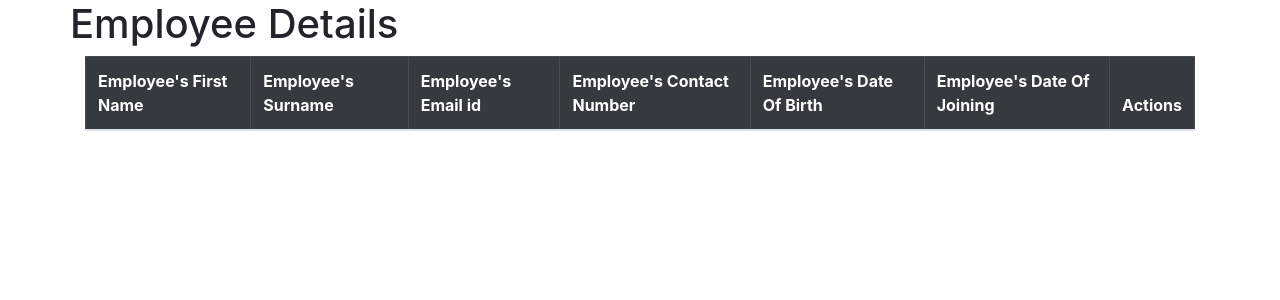
Repository: smrutiranjan-84/Assignment
Page: http://localhost/employees
These files come from the project's save history. The page is drawn as it stood at one moment and after the next save; the edit follows.
The browser window is 1280 px wide. The pictures show the whole page.
The page is this project's Thymeleaf template; nobody is signed in. The template is opened directly, without the code that normally fills it, so the values that code supplies are empty.

Above is the page before, as saved 2022-01-19 05:03:57.

### EmployeeApplication/src/main/resources/templates/employees.html
<!DOCTYPE html>
<html xmlns:th="http://www.thymeleaf.org">
<head>
<meta charset="ISO-8859-1">
<title>Employee Management App</title>
<link rel="stylesheet" href="https://stackpath.bootstrapcdn.com/bootstrap/4.4.1/css/bootstrap.min.css"
integrity="sha384-Vkoo8x4CGsO3+Hhxv8T/Q5PaXtkKtu6ug5TOeNV6gBiFeWPGFN9MuhOf23Q9Ifjh"
crossorigin="anonymous">
</head>
     <body>
           <div class="container">
               <div class="row">
                  <h1> Employee Details</h1>
           </div>
          <table class="table table-striped table-bordered">
              <thead class= "table-dark">

                      <tr>
                          <th> Employee's First Name </th>
                          <th> Employee's Surname </th>
                          <th> Employee's Email id </th>
                          <th> Employee's Contact Number </th>
                          <th> Employee's Date Of Birth </th>
                          <th> Employee's Date Of Joining </th>
                          <th> Actions </th>

                     </tr>
             </thead>
             <tbody>
                <tr th:each = "employee: ${employees}">
                    <td th:text = "${employee.firstName}">
                    <td th:text = "${employee.surName}">
                    <td th:text = "${employee.emailId}">
                    <td th:text = "${employee.contactNo}">
                    <td th:text = "${employee.dob}">
                    <td th:text = "${employee.dateOfJoining}">



                </tr>

             </tbody>
        </table>

     </div>

   </body>
</html>

After the next save:
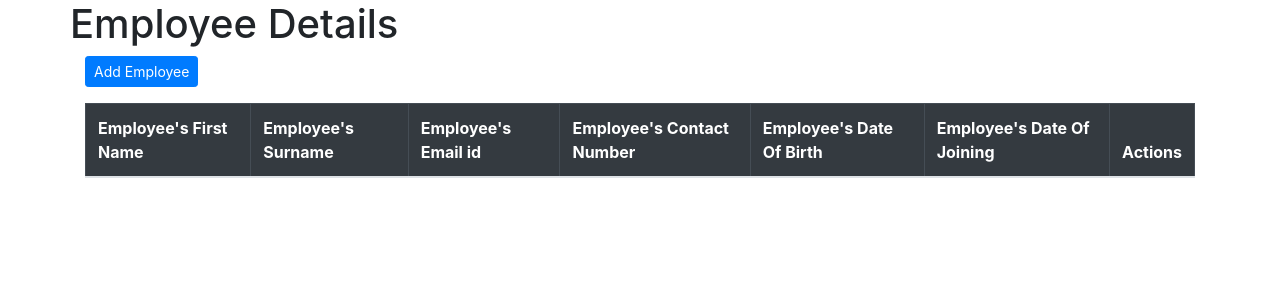
Saved 7 min 56 s later.
--- a/EmployeeApplication/src/main/resources/templates/employees.html
+++ b/EmployeeApplication/src/main/resources/templates/employees.html
@@ -11,6 +11,15 @@ crossorigin="anonymous">
            <div class="container">
                <div class="row">
                   <h1> Employee Details</h1>
+           </div>
+           <div class= "row">
+           <div class= "col-lg-3">
+           <a th:href= "@{/employees/new}" class= "btn btn-primary btn-sm mb-3">Add Employee</a>
+
+
+           </div>
+
+
            </div>
           <table class="table table-striped table-bordered">
               <thead class= "table-dark">
